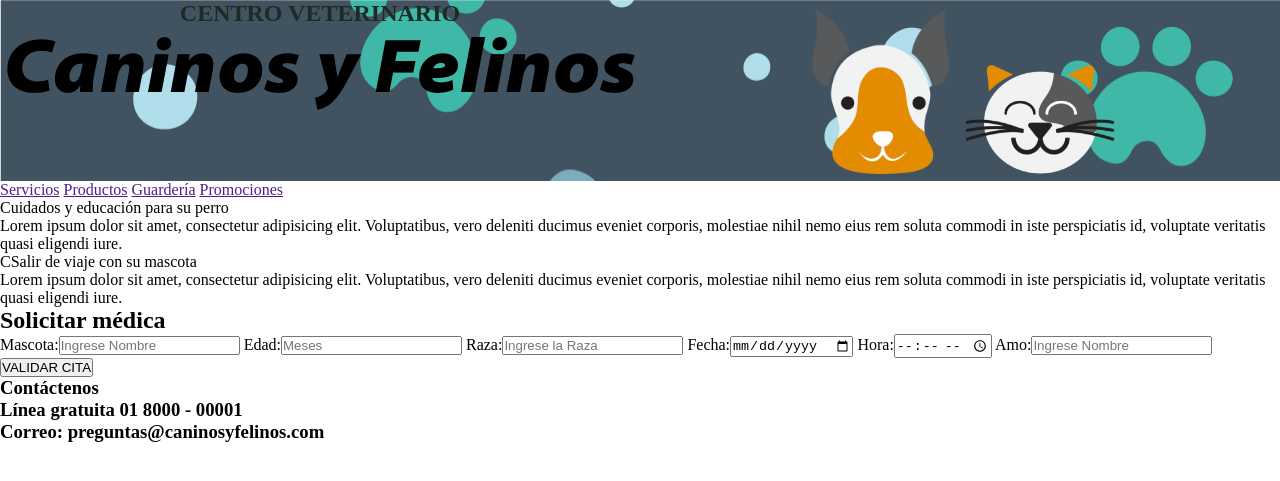
Repository: mariomr87/senaweb01
Page: principal.html
These files come from the project's save history. The page is drawn as it stood at one moment and after the next save; the edit follows.
The browser window is 1280 px wide. The pictures show the whole page.

Above is the page before, as saved 2021-09-26 20:35:10.

After the next save:
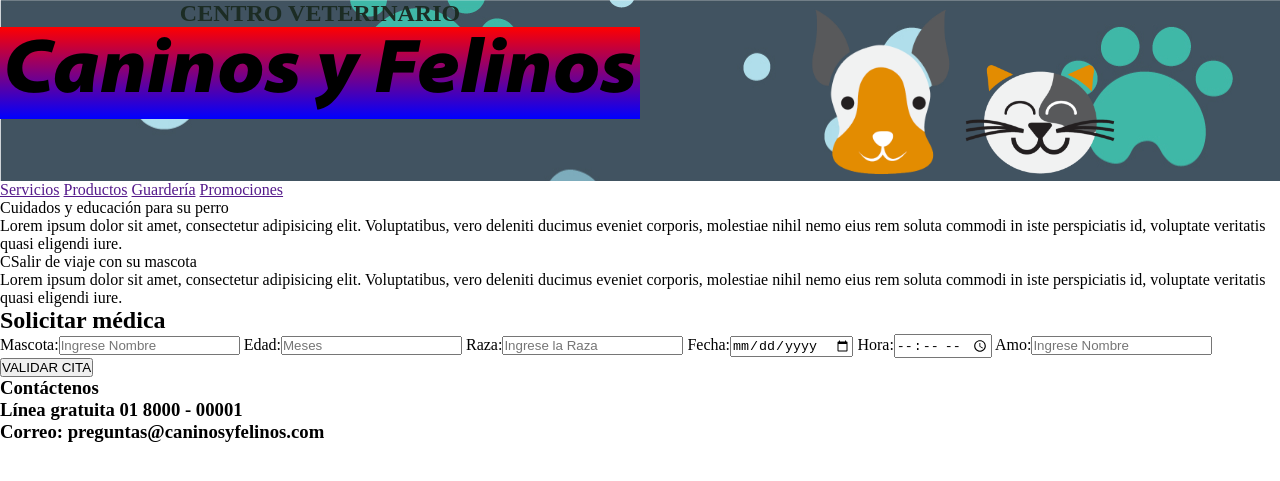
Saved 2 min 53 s later.
--- a/estilos.css
+++ b/estilos.css
@@ -40,4 +40,5 @@ header{
 
 .header-text h1{
     font-size: 4.8em;
+    background: linear-gradient(red,blue);
 }

After the save that followed:
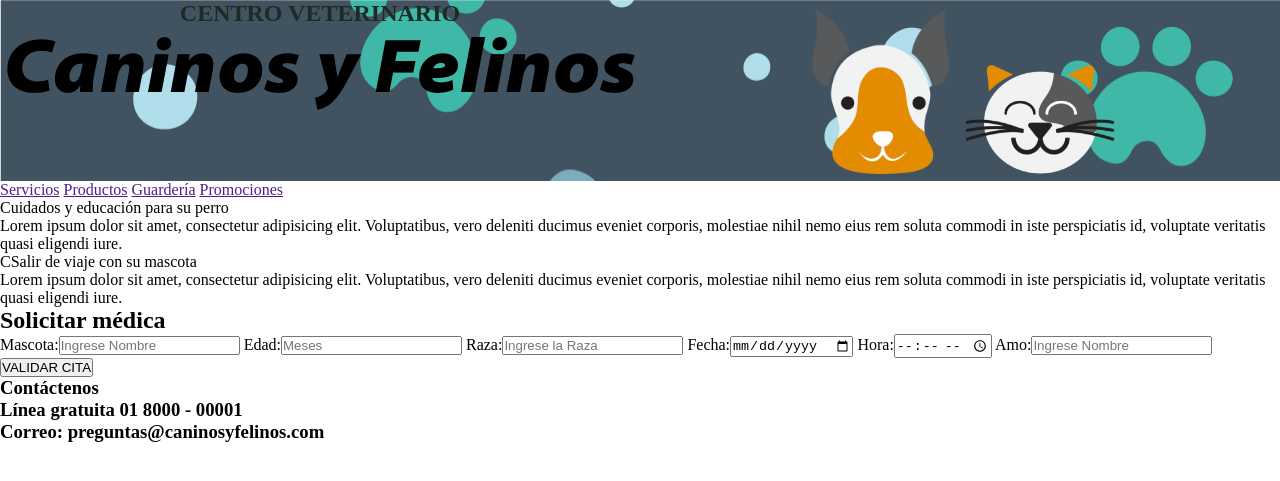
Saved 45 s later.
--- a/estilos.css
+++ b/estilos.css
@@ -40,5 +40,5 @@ header{
 
 .header-text h1{
     font-size: 4.8em;
-    background: linear-gradient(red,blue);
+    color: linear-gradient(red,blue);
 }
